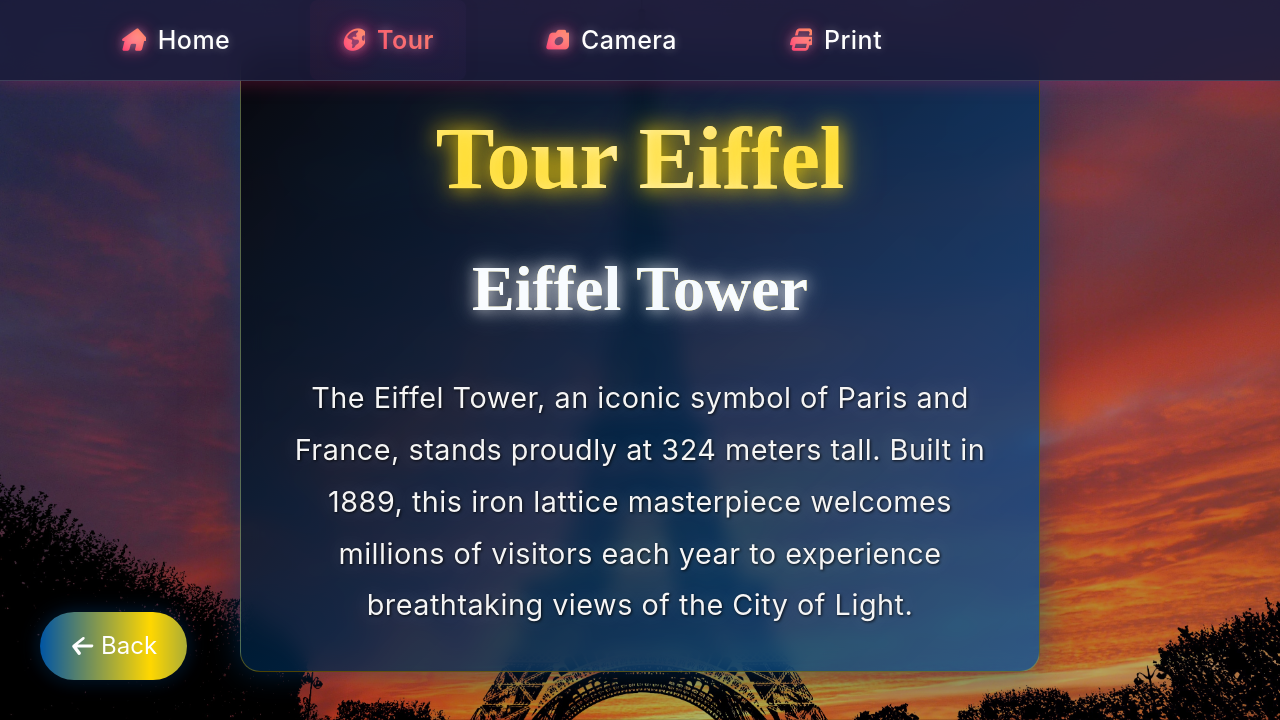
Repository: huang-heavenly-Emperor/NewYork
Page: eiffel.html
These files come from the project's save history. The page is drawn as it stood at one moment and after the next save; the edit follows.
The browser window is 1280 px wide. The pictures show the whole page.

Above is the page before, as saved 2025-02-19 15:01:31.

### eiffel.html
<!DOCTYPE html>
<html lang="en">

<head>
  <meta charset="UTF-8">
  <meta name="viewport" content="width=device-width, initial-scale=1.0">
  <title>Eiffel Tower - France</title>
  <link rel="stylesheet" href="css/style.css">
  <link rel="stylesheet" href="css/eiffel.css">
  <link rel="stylesheet" href="css/animations.css">
  <link rel="stylesheet" href="lib/font-awesome.css">
</head>

<body>
  <!-- 开场动画 -->
  <div class="page-entrance">
    <div class="entrance-content">
      <h1 class="entrance-title">
        <span class="french">Tour Eiffel</span>
        <span class="english">Eiffel Tower</span>
      </h1>
      <div class="entrance-line"></div>
      <p class="entrance-subtitle">Symbol of Paris</p>
    </div>
  </div>

  <!-- 页面主要内容 -->
  <div class="content-delay">
    <!-- Main navigation -->
    <nav class="main-nav">
      <ul class="nav-links">
        <li>
          <a href="index.html">
            <i class="fas fa-home"></i>
            Home
          </a>
        </li>
        <li class="dropdown">
          <a href="tour.html" class="active">
            <i class="fas fa-globe-americas"></i>
            Tour
          </a>
          <ul class="dropdown-menu">
            <li class="nested-dropdown">
              <a href="france.html" class="active">
                Europe
              </a>
              <ul class="nested-dropdown-menu">
                <li>
                  <a href="eiffel.html" class="active">
                    <span>Eiffel Tower</span>
                  </a>
                </li>
                <li>
                  <a href="louvre.html">
                    <span>Louvre Museum</span>
                  </a>
                </li>
              </ul>
            </li>
          </ul>
        </li>
        <li>
          <a href="camera.html">
            <i class="fas fa-camera"></i>
            Camera
          </a>
        </li>
        <li>
          <a href="print.html">
            <i class="fas fa-print"></i>
            Print
          </a>
        </li>
      </ul>
    </nav>

    <div class="banner">
      <img src="images/eiffel2.jpg" alt="Eiffel Tower">
      <div class="banner-text">
        <h1>
          <span class="french">Tour Eiffel</span>
          <span class="english">Eiffel Tower</span>
        </h1>
        <p>
          The Eiffel Tower, an iconic symbol of Paris and France, stands proudly at 324 meters tall. Built in 1889, this iron lattice masterpiece welcomes millions of visitors each year to experience breathtaking views of the City of Light.
        </p>
      </div>
    </div>

    <a href="france.html" class="back-button">
      <i class="fas fa-arrow-left"></i>
      <span>Back</span>
    </a>
  </div>

  <script>
    document.addEventListener('DOMContentLoaded', function() {
      // 页面入场动画
      const pageEntrance = document.querySelector('.page-entrance');
      const contentDelay = document.querySelector('.content-delay');

      setTimeout(() => {
        pageEntrance.style.opacity = '0';
        pageEntrance.style.visibility = 'hidden';
        contentDelay.style.opacity = '1';
      }, 2000);
    });
  </script>
</body>

</html>

### css/eiffel.css
/* Base styles */
* {
    margin: 0;
    padding: 0;
    box-sizing: border-box;
}

body {
    font-family: 'Inter', sans-serif;
    line-height: 1.6;
    color: #ffffff;
    background: #000000;
    height: 100vh;
    overflow: hidden;
}

/* Banner section */
.banner {
    position: relative;
    width: 100vw;
    height: 100vh;
    overflow: hidden;
    display: flex;
    flex-direction: column;
    align-items: center;
    justify-content: center;
}

.banner img {
    position: absolute;
    top: 0;
    left: 0;
    width: 100%;
    height: 100%;
    object-fit: cover;
    filter: brightness(0.7) saturate(1.2);
    animation: zoomIn 1.5s ease-out forwards;
    z-index: 1;
}

.banner h1 {
    position: relative;
    font-family: 'Playfair Display', serif;
    font-size: 5rem;
    background: linear-gradient(45deg,
        #FFFFFF 0%,
        #FFD700 50%,
        #FFFFFF 100%
    );
    -webkit-background-clip: text;
    -webkit-text-fill-color: transparent;
    text-shadow:
        0 0 15px rgba(255, 215, 0, 0.8),
        0 0 30px rgba(255, 215, 0, 0.4);
    opacity: 0;
    animation: titleReveal 1.2s ease-out 0.8s forwards;
    z-index: 2;
    margin-bottom: 2rem;
    text-align: center;
}

.banner h1 .french {
    display: block;
    font-size: 5.5rem;
    margin-bottom: 0.5rem;
    background: linear-gradient(45deg,
        #FFD700 0%,
        #FFF8DC 50%,
        #FFD700 100%
    );
    -webkit-background-clip: text;
    -webkit-text-fill-color: transparent;
    text-shadow:
        0 0 20px rgba(255, 215, 0, 0.9),
        0 0 40px rgba(255, 215, 0, 0.5);
}

.banner h1 .english {
    display: block;
    font-size: 4rem;
    background: linear-gradient(45deg,
        #FFFFFF 0%,
        #F0F8FF 50%,
        #FFFFFF 100%
    );
    -webkit-background-clip: text;
    -webkit-text-fill-color: transparent;
    text-shadow:
        0 0 15px rgba(255, 255, 255, 0.8),
        0 0 30px rgba(255, 255, 255, 0.4);
}

/* Article content */
.content {
    position: relative;
    max-width: 800px;
    width: 90%;
    padding: 2rem;
    z-index: 2;
    opacity: 0;
    animation: contentFadeIn 1s ease-out 1.5s forwards;
}

.banner-text {
    position: relative;
    max-width: 800px;
    width: 90%;
    padding: 2.5rem;
    z-index: 2;
    opacity: 0;
    animation: contentFadeIn 1s ease-out 1.5s forwards;
    background: linear-gradient(
        135deg,
        rgba(0, 0, 0, 0.85) 0%,
        rgba(0, 85, 164, 0.75) 100%
    );
    backdrop-filter: blur(10px);
    border-radius: 20px;
    border: 1px solid rgba(255, 215, 0, 0.3);
    box-shadow:
        0 0 30px rgba(0, 85, 164, 0.4),
        0 0 60px rgba(0, 0, 0, 0.3);
}

.banner-text p {
    font-size: 1.8rem;
    line-height: 1.8;
    color: #F5F5F5;
    text-align: center;
    text-shadow:
        1px 1px 3px rgba(0, 0, 0, 0.8),
        0 0 20px rgba(255, 255, 255, 0.2);
    letter-spacing: 0.5px;
}

/* Page entrance animation */
.page-entrance {
    position: fixed;
    top: 0;
    left: 0;
    width: 100%;
    height: 100%;
    background: #000;
    display: flex;
    justify-content: center;
    align-items: center;
    z-index: 1000;
    transition: opacity 0.5s ease, visibility 0.5s ease;
}

.entrance-content {
    text-align: center;
    opacity: 0;
    animation: entranceFadeIn 1s ease forwards 0.5s;
}

.entrance-title {
    margin-bottom: 2rem;
}

.entrance-title .french {
    display: block;
    font-size: 5rem;
    background: linear-gradient(45deg,
        #FFD700 0%,
        #FFF8DC 50%,
        #FFD700 100%
    );
    -webkit-background-clip: text;
    -webkit-text-fill-color: transparent;
    margin-bottom: 1rem;
    text-shadow: 0 0 20px rgba(255, 215, 0, 0.6);
    opacity: 0;
    animation: titleGlow 2s ease forwards;
}

.entrance-title .english {
    display: block;
    font-size: 3rem;
    background: linear-gradient(45deg,
        #FFFFFF 0%,
        #F0F8FF 50%,
        #FFFFFF 100%
    );
    -webkit-background-clip: text;
    -webkit-text-fill-color: transparent;
    text-transform: uppercase;
    letter-spacing: 0.2em;
    opacity: 0;
    animation: titleReveal 1.5s ease forwards 0.5s;
    text-shadow: 0 0 15px rgba(255, 255, 255, 0.6);
}

.entrance-line {
    width: 0;
    height: 2px;
    background: linear-gradient(to right, transparent, #FFD700, transparent);
    margin: 2rem auto;
    animation: lineExpand 1s ease-out forwards 1s;
}

.entrance-subtitle {
    font-size: 1.5rem;
    background: linear-gradient(45deg,
        #FFD700 0%,
        #FFFFFF 50%,
        #FFD700 100%
    );
    -webkit-background-clip: text;
    -webkit-text-fill-color: transparent;
    opacity: 0;
    animation: subtitleFade 1s ease forwards 1.5s;
    text-shadow: 0 0 10px rgba(255, 215, 0, 0.4);
}

/* Back button */
.back-button {
    position: fixed;
    bottom: 40px;
    left: 40px;
    padding: 15px 30px;
    font-size: 24px;
    color: #ffffff;
    background: linear-gradient(
        270deg,
        #0055A4,
        #FFD700,
        #0055A4,
        #FFD700,
        #0055A4
    );
    background-size: 300% 100%;
    border: none;
    border-radius: 50px;
    cursor: pointer;
    display: flex;
    align-items: center;
    gap: 10px;
    text-decoration: none;
    transition: all 0.3s ease;
    z-index: 1000;
    box-shadow: 0 4px 15px rgba(0, 0, 0, 0.3),
                0 0 20px rgba(0, 85, 164, 0.4);
    animation: gradientMove 4s linear infinite;
}

.back-button:hover {
    transform: translateY(-3px);
    box-shadow: 0 6px 20px rgba(0, 0, 0, 0.4),
                0 0 30px rgba(0, 85, 164, 0.6),
                0 0 50px rgba(255, 215, 0, 0.4);
    animation: gradientMove 2s linear infinite;
}

.back-button i {
    font-size: 24px;
}

/* Animations */
@keyframes zoomIn {
    0% {
        transform: scale(1.2);
        filter: brightness(0);
    }
    100% {
        transform: scale(1);
        filter: brightness(0.7) saturate(1.2);
    }
}

@keyframes titleReveal {
    0% {
        opacity: 0;
        transform: translateY(-20px);
    }
    100% {
        opacity: 1;
        transform: translateY(0);
    }
}

@keyframes contentFadeIn {
    0% {
        opacity: 0;
        transform: translateY(30px);
    }
    100% {
        opacity: 1;
        transform: translateY(0);
    }
}

@keyframes gradientMove {
    0% {
        background-position: 0% 50%;
    }
    100% {
        background-position: 300% 50%;
    }
}

@keyframes entranceFadeIn {
    0% {
        opacity: 0;
        transform: translateY(30px);
    }
    100% {
        opacity: 1;
        transform: translateY(0);
    }
}

@keyframes titleGlow {
    0% {
        opacity: 0;
        text-shadow: 0 0 0 rgba(255, 215, 0, 0);
    }
    50% {
        opacity: 0.5;
        text-shadow: 0 0 30px rgba(255, 215, 0, 0.6);
    }
    100% {
        opacity: 1;
        text-shadow: 0 0 20px rgba(255, 215, 0, 0.4);
    }
}

@keyframes lineExpand {
    0% {
        width: 0;
    }
    100% {
        width: 200px;
    }
}

@keyframes subtitleFade {
    0% {
        opacity: 0;
        transform: translateY(20px);
    }
    100% {
        opacity: 1;
        transform: translateY(0);
    }
}

/* Responsive design */
@media (max-width: 768px) {
    .banner h1 {
        font-size: 3.5rem;
    }

    .banner h1 .french {
        font-size: 4rem;
    }

    .banner h1 .english {
        font-size: 3rem;
    }

    .banner-text p {
        font-size: 1.4rem;
    }

    .back-button {
        padding: 12px 25px;
        font-size: 20px;
    }
}

@media (max-width: 480px) {
    .banner h1 {
        font-size: 2.5rem;
    }

    .banner h1 .french {
        font-size: 3rem;
    }

    .banner h1 .english {
        font-size: 2.2rem;
    }

    .banner-text p {
        font-size: 1.2rem;
    }

    .back-button {
        padding: 10px 20px;
        font-size: 18px;
    }
}

### css/animations.css
/* Opening animation */
@keyframes fadeInScale {
  0% {
    opacity: 0;
    transform: scale(0.9);
  }
  50% {
    opacity: 0.5;
    transform: scale(1.02);
  }
  100% {
    opacity: 1;
    transform: scale(1);
  }
}

@keyframes slideInFromBottom {
  0% {
    opacity: 0;
    transform: translate(-50%, 50px);
  }
  60% {
    opacity: 0.8;
    transform: translate(-50%, -5px);
  }
  80% {
    transform: translate(-50%, 2px);
  }
  100% {
    opacity: 1;
    transform: translate(-50%, 0);
  }
}

@keyframes slideInFromTop {
  0% {
    opacity: 0;
    transform: translateY(-30px);
  }
  100% {
    opacity: 1;
    transform: translateY(0);
  }
}

@keyframes fadeInRotate {
  0% {
    opacity: 0;
    transform: rotate(-10deg) scale(0.95);
  }
  100% {
    opacity: 1;
    transform: rotate(0) scale(1);
  }
}

/* Navigation bar animation */
.main-nav {
  animation: slideInFromTop 0.8s cubic-bezier(0.34, 1.56, 0.64, 1);
}

.nav-links li {
  opacity: 0;
  animation: fadeInRotate 0.6s cubic-bezier(0.34, 1.56, 0.64, 1) forwards;
}

.nav-links li:nth-child(1) { animation-delay: 0.2s; }
.nav-links li:nth-child(2) { animation-delay: 0.3s; }
.nav-links li:nth-child(3) { animation-delay: 0.4s; }
.nav-links li:nth-child(4) { animation-delay: 0.5s; }

/* Navigation link hover effect */
.nav-links a {
  transition: all 0.3s cubic-bezier(0.34, 1.56, 0.64, 1);
}

.nav-links a:hover {
  transform: translateY(-2px) scale(1.05);
  text-shadow: 0 2px 4px rgba(0, 0, 0, 0.2);
}

/* Rocket animation */
.rocketManSVG {
  opacity: 0;
  animation: fadeInScale 1s cubic-bezier(0.23, 1, 0.32, 1) 1s forwards;
}

/* Star animation */
.star {
  opacity: 0;
  animation: fadeInRotate 0.8s cubic-bezier(0.34, 1.56, 0.64, 1) forwards;
}

.starContainer .star:nth-child(odd) {
  animation-delay: 0.5s;
}

.starContainer .star:nth-child(even) {
  animation-delay: 0.7s;
}

/* Satellite animation */
.satellite {
  opacity: 0;
  animation: fadeInScale 1s cubic-bezier(0.23, 1, 0.32, 1) 1.2s forwards;
}

/* Title animation */
.demo--dancing-shadows__title {
  animation: fadeInScale 1.8s cubic-bezier(0.23, 1, 0.32, 1);
}

.text-wrapper {
  animation: fadeInScale 2s cubic-bezier(0.23, 1, 0.32, 1) 0.2s backwards;
}

/* CTA button animation */
.cta-wrapper {
  position: fixed;
  bottom: 50px;
  left: 50%;
  transform: translateX(-50%);
  z-index: 1000;
  animation: slideInFromBottom 1.2s cubic-bezier(0.34, 1.56, 0.64, 1) 1.5s backwards;
  opacity: 1;
}

.cta-button {
  transition: all 0.5s cubic-bezier(0.34, 1.56, 0.64, 1);
  will-change: transform;
  position: relative;
  z-index: 1000;
  opacity: 1;
}

.cta-button:hover {
  transform: translateY(-6px) scale(1.03);
  box-shadow: 0 12px 35px rgba(255, 107, 107, 0.4);
  background: linear-gradient(135deg,
    rgba(255, 127, 127, 0.98),
    rgba(255, 127, 167, 0.98)
  );
  letter-spacing: 1px;
}

.cta-button:active {
  transform: translateY(-2px) scale(0.98);
  box-shadow: 0 6px 20px rgba(255, 107, 107, 0.4);
  transition: all 0.2s cubic-bezier(0.34, 1.56, 0.64, 1);
}

/* Text hover effect */
.text-item {
  transition: all 0.4s cubic-bezier(0.34, 1.56, 0.64, 1);
  will-change: transform;
}

.text-item:hover {
  transform: translateY(-4px) scale(1.08);
  text-shadow: 0 0.15rem black,
               0 0.25rem black,
               0 0.35rem black,
               0 0.45rem black,
               0 0.65rem black,
               0 0.75rem rgba(255, 255, 255, 0.8),
               0 0.85rem rgba(255, 255, 255, 0.6);
}

/* Background animation effect */
.demo--dancing-shadows__title:before {
  transition: all 0.8s cubic-bezier(0.23, 1, 0.32, 1);
}

.demo--dancing-shadows__title:hover:before {
  filter: hue-rotate(25deg) brightness(1.15);
}

/* 页面开场动画 */
.page-entrance {
    position: fixed;
    top: 0;
    left: 0;
    width: 100%;
    height: 100%;
    background: #000;
    z-index: 9999;
    display: flex;
    justify-content: center;
    align-items: center;
    animation: fadeOut 0.5s ease forwards 2.5s;
}

.entrance-content {
    text-align: center;
    opacity: 0;
    animation: contentFadeIn 0.8s ease forwards 0.5s;
}

.entrance-title {
    font-size: 4rem;
    color: transparent;
    position: relative;
    margin-bottom: 1rem;
}

.entrance-title .chinese {
    display: block;
    font-family: "STKaiti", "楷体", serif;
    font-size: 5rem;
    background: linear-gradient(120deg, #FFD700, #FFA500);
    -webkit-background-clip: text;
    background-clip: text;
    opacity: 0;
    transform: translateY(20px);
    animation: titleReveal 0.8s ease forwards 0.8s;
}

.entrance-title .english {
    display: block;
    font-family: "Playfair Display", serif;
    font-size: 2.5rem;
    color: #fff;
    opacity: 0;
    transform: translateY(20px);
    animation: titleReveal 0.8s ease forwards 1.2s;
}

.entrance-line {
    width: 0;
    height: 2px;
    background: linear-gradient(90deg,
        transparent,
        #FFD700,
        #FFA500,
        #FFD700,
        transparent
    );
    margin: 20px auto;
    animation: lineGrow 0.6s ease forwards 1.6s;
}

.entrance-subtitle {
    font-size: 1.2rem;
    color: rgba(255, 255, 255, 0.8);
    opacity: 0;
    transform: translateY(20px);
    animation: titleReveal 0.8s ease forwards 1.8s;
}

/* 开场动画关键帧 */
@keyframes fadeOut {
    to {
        opacity: 0;
        visibility: hidden;
    }
}

@keyframes contentFadeIn {
    from {
        opacity: 0;
        transform: translateY(30px);
    }
    to {
        opacity: 1;
        transform: translateY(0);
    }
}

@keyframes titleReveal {
    from {
        opacity: 0;
        transform: translateY(20px);
    }
    to {
        opacity: 1;
        transform: translateY(0);
    }
}

@keyframes lineGrow {
    from {
        width: 0;
    }
    to {
        width: 300px;
    }
}

/* 页面内容延迟显示 */
.content-delay {
    opacity: 0;
    animation: contentAppear 1s ease forwards 3s;
}

@keyframes contentAppear {
    to {
        opacity: 1;
    }
}

### lib/font-awesome.css
@font-face {
    font-family: 'Font Awesome 6 Free';
    font-style: normal;
    font-weight: 900;
    src: url('webfonts/fa-solid-900.woff2') format('woff2');
}

.fas {
    font-family: 'Font Awesome 6 Free';
    font-weight: 900;
}

.fa-home:before {
    content: "\f015";
}

.fa-globe-americas:before {
    content: "\f57d";
}

.fa-torii-gate:before {
    content: "\f6a1";
}

.fa-sun:before {
    content: "\f185";
}

.fa-landmark:before {
    content: "\f66f";
}

.fa-flag-usa:before {
    content: "\f74d";
}

.fa-star:before {
    content: "\f005";
}

.fa-chart-line:before {
    content: "\f201";
}

.fa-city:before {
    content: "\f64f";
}

.fa-tree:before {
    content: "\f1bb";
}

.fa-theater-masks:before {
    content: "\f630";
}

.fa-ellipsis-h:before {
    content: "\f141";
}

.fa-camera:before {
    content: "\f030";
}

.fa-print:before {
    content: "\f02f";
}

.fa-arrow-left:before {
    content: "\f060";
}

Loaded but not shown: css/style.css (502 lines, source omitted)

After the next save:
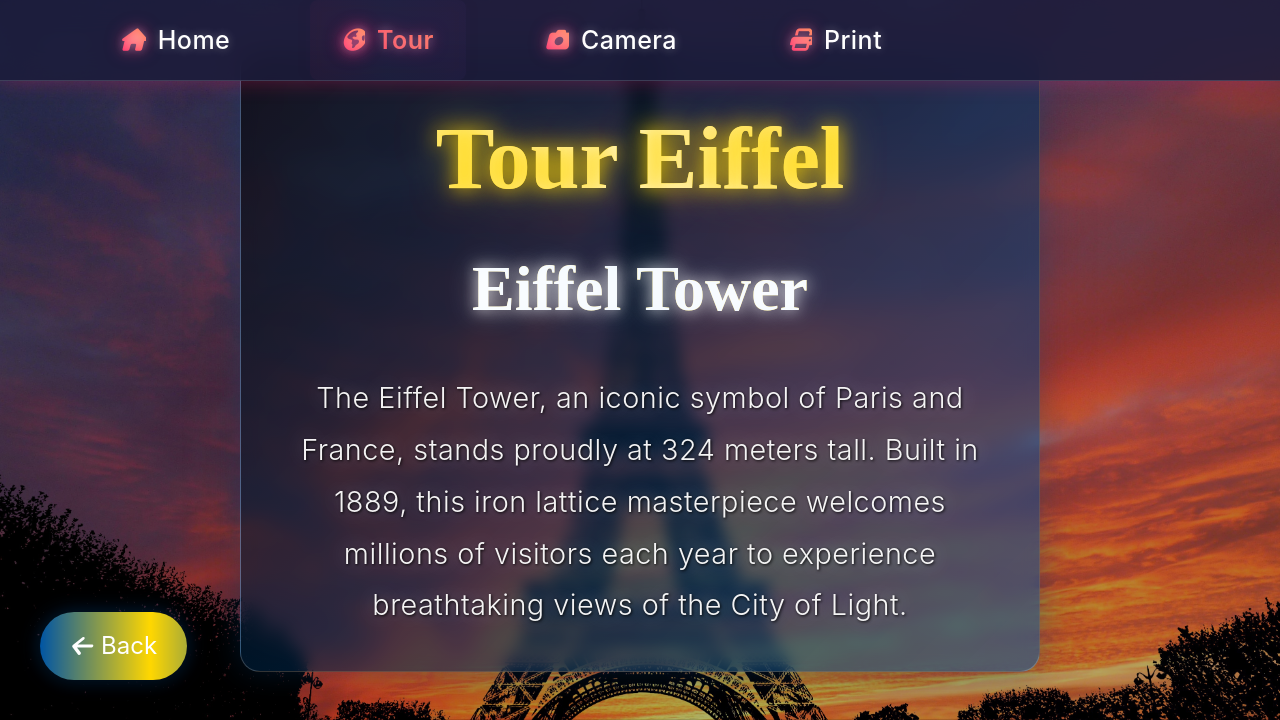
Saved 118 s later.
--- a/css/eiffel.css
+++ b/css/eiffel.css
@@ -33,7 +33,7 @@ body {
     width: 100%;
     height: 100%;
     object-fit: cover;
-    filter: brightness(0.7) saturate(1.2);
+    filter: brightness(0.75) saturate(1.1);
     animation: zoomIn 1.5s ease-out forwards;
     z-index: 1;
 }
@@ -111,26 +111,28 @@ body {
     animation: contentFadeIn 1s ease-out 1.5s forwards;
     background: linear-gradient(
         135deg,
-        rgba(0, 0, 0, 0.85) 0%,
-        rgba(0, 85, 164, 0.75) 100%
-    );
-    backdrop-filter: blur(10px);
+        rgba(0, 0, 0, 0.65) 0%,
+        rgba(0, 85, 164, 0.55) 100%
+    );
+    backdrop-filter: blur(8px);
+    -webkit-backdrop-filter: blur(8px);
     border-radius: 20px;
-    border: 1px solid rgba(255, 215, 0, 0.3);
+    border: 1px solid rgba(255, 255, 255, 0.2);
     box-shadow:
-        0 0 30px rgba(0, 85, 164, 0.4),
-        0 0 60px rgba(0, 0, 0, 0.3);
+        0 0 30px rgba(0, 85, 164, 0.25),
+        0 0 60px rgba(0, 0, 0, 0.2);
 }
 
 .banner-text p {
     font-size: 1.8rem;
     line-height: 1.8;
-    color: #F5F5F5;
+    color: rgba(255, 255, 255, 0.95);
     text-align: center;
     text-shadow:
-        1px 1px 3px rgba(0, 0, 0, 0.8),
-        0 0 20px rgba(255, 255, 255, 0.2);
+        1px 1px 3px rgba(0, 0, 0, 0.9),
+        0 0 20px rgba(255, 255, 255, 0.3);
     letter-spacing: 0.5px;
+    font-weight: 300;
 }
 
 /* Page entrance animation */
